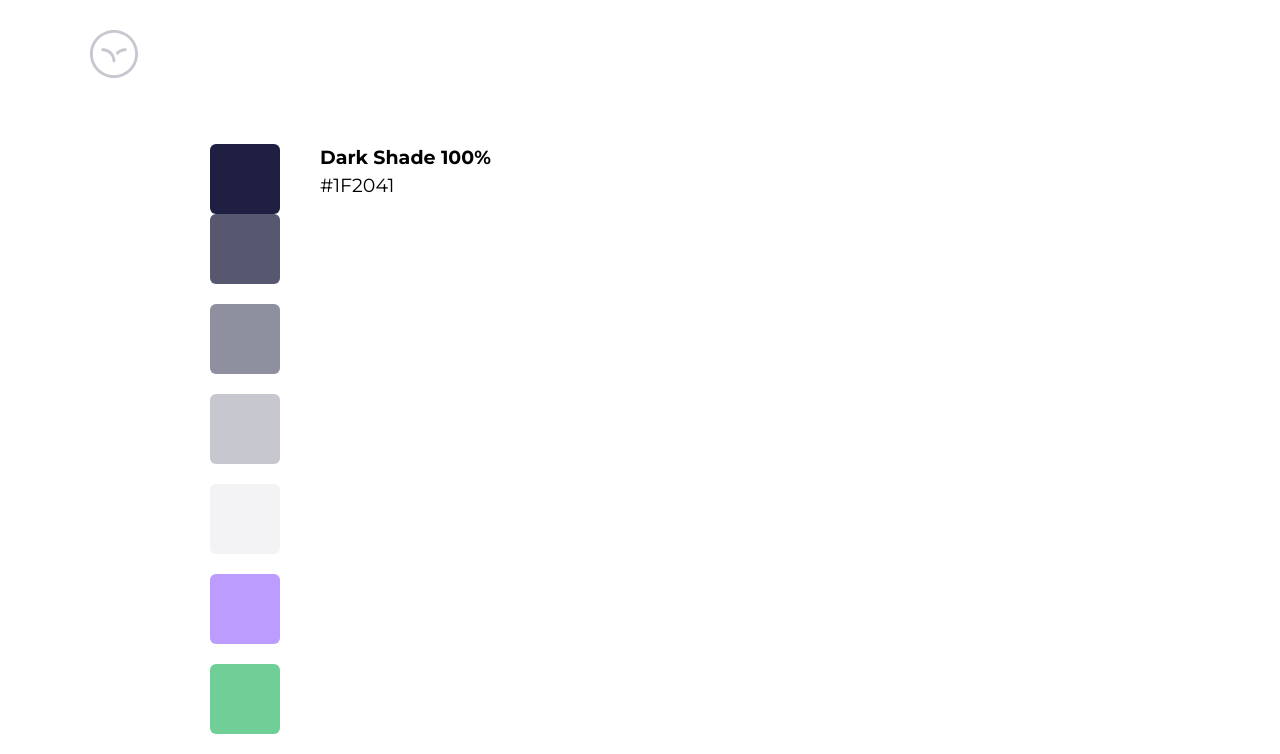
Repository: Inzhir2022/quatrain
Page: ui/index.html
The author's editor kept a copy of each file at every save. The page is drawn from the files as they stood at one save, then again after the next save.
The browser window is 1280 px wide. The pictures show the whole page.

Above is the page before, as saved 2022-07-23 09:12:53.

After the next save:
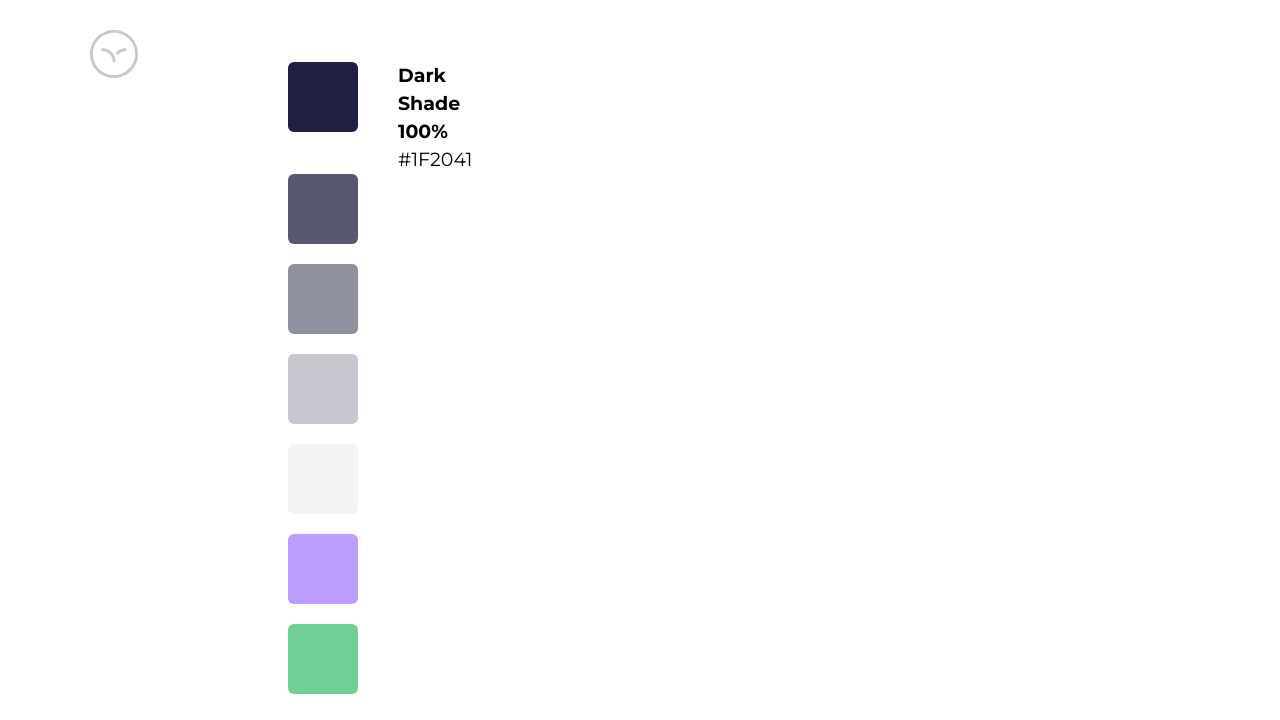
Saved 43 s later.
--- a/ui/style.css
+++ b/ui/style.css
@@ -17,7 +17,7 @@
 
 .container {
   display: grid;
-
+  grid-template-columns: repeat(12, 1fr);
   margin: 0 auto;
   max-width: 1160px;
 
